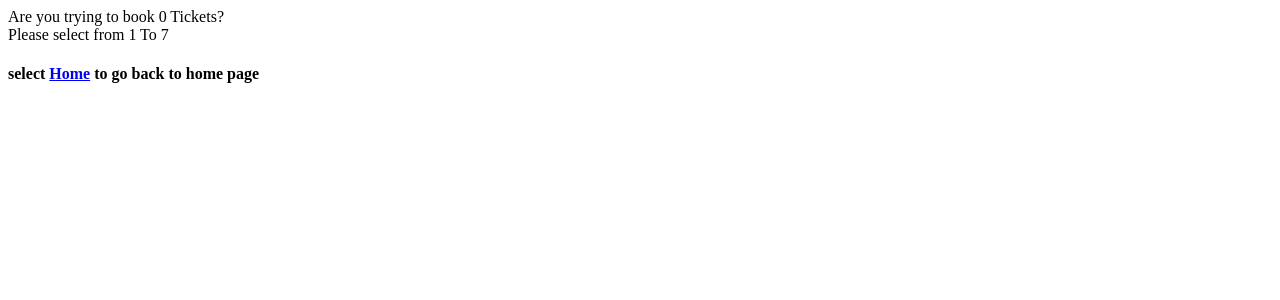
Repository: nihargowda/phase2project
Page: http://localhost/AirAway/numofpassengers.jsp
The author's editor kept a copy of each file at every save. The page is drawn from the files as they stood at one save, then again after the next save.
The browser window is 1280 px wide. The pictures show the whole page.
The page is served by Tomcat 9. Other server files are loaded and not shown.

Above is the page before, as saved 2020-11-17 17:39:24.

### AirAway/src/main/webapp/numofpassengers.jsp
<%@ page language="java" contentType="text/html; charset=ISO-8859-1"
    pageEncoding="ISO-8859-1"%>
<!DOCTYPE html>
<html>
<head>
<meta charset="ISO-8859-1">
<title>Insert title here</title>
</head>
<body>
Are you trying to book 0 Tickets?  <br>

Please select from 1 To 7


<br>

<h4>select <a href="/AirAway/index.jsp">Home</a> to go back to home page</h4>
</body>
</html>

After the next save:
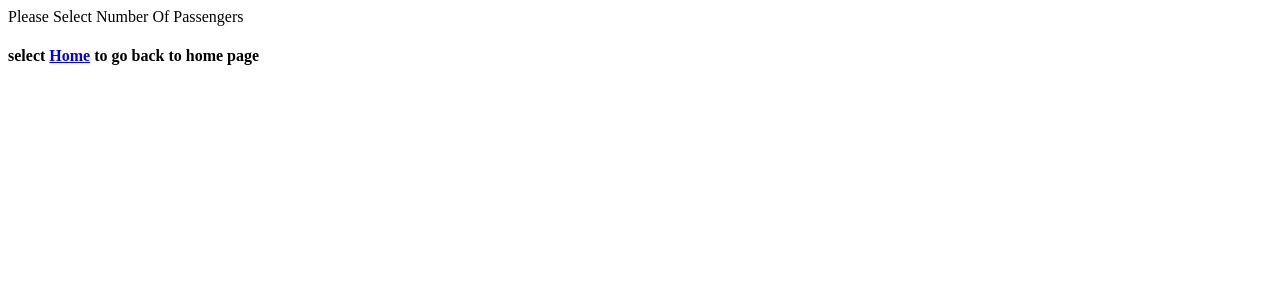
Saved 3 min 22 s later.
--- a/AirAway/src/main/webapp/numofpassengers.jsp
+++ b/AirAway/src/main/webapp/numofpassengers.jsp
@@ -7,10 +7,8 @@
 <title>Insert title here</title>
 </head>
 <body>
-Are you trying to book 0 Tickets?  <br>
 
-Please select from 1 To 7
-
+Please Select Number Of Passengers
 
 <br>
 
